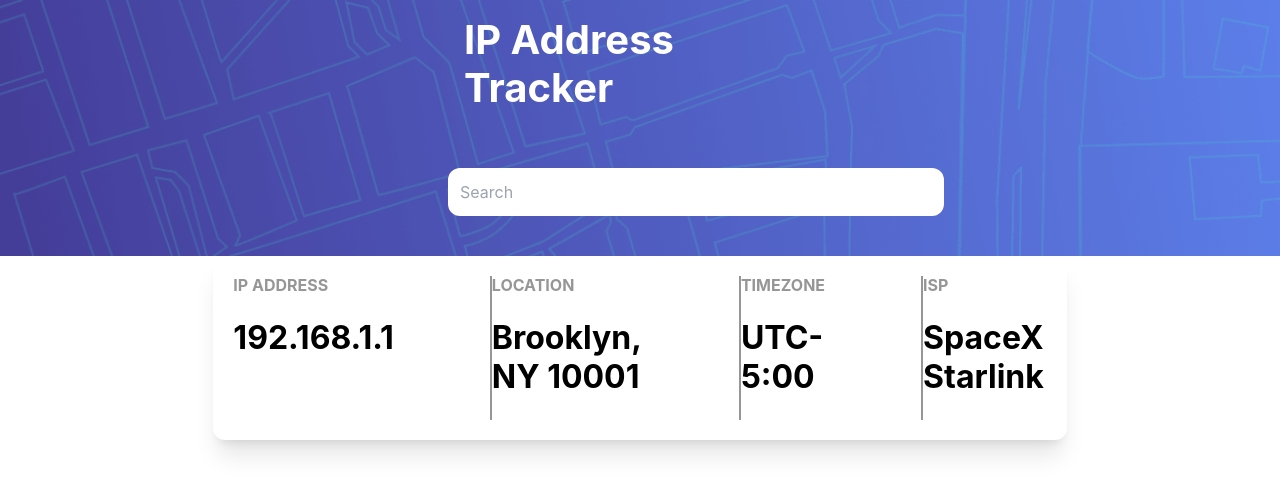
Repository: Dealsy/IP-Tracker
Page: /
An editor plug-in stored every save of this project. The page is shown before and after the next save, followed by the edit.
The browser window is 1280 px wide. The pictures show the whole page.
The project was rebuilt for these pictures with package versions that can differ from the ones it lists, and the page was loaded fresh each time. The framework's server and built-in components were replaced by stand-ins that run in the browser. Also part of the build but not shown: next.config.js.

Above is the page before, as saved 2022-04-21 22:04:22.

### pages/index.js
import Head from "next/head";

export default function Home() {
  return (
    <div>
      <Head>
        <title>Create Next App</title>
        <meta name="description" content="Generated by create next app" />
        <link rel="icon" href="/favicon.ico" />
      </Head>

      <main>
        <div className="bg-Backdrop h-64 bg-no-repeat	 bg-cover">
          <h1 className="text-white w-96 m-auto p-4">IP Address Tracker</h1>
          <div className="w-96 m-auto">
            <input
              className="p-3 w-115 mt-10 rounded-xl"
              type="search"
              placeholder="Search"
            />
          </div>
        </div>

        <div className="flex flex-row justify-evenly border-0 shadow-xl w-4/6 m-auto rounded-xl p-5">
          <div className=" border-r-2 border-Gray pr-24">
            <h3>IP ADDRESS</h3>
            <h2> 192.168.1.1 </h2>
          </div>
          <div className=" border-r-2 border-Gray pr-24">
            <h3> LOCATION </h3>
            <h2> Brooklyn, NY 10001 </h2>
          </div>
          <div className=" border-r-2 border-Gray pr-24">
            <h3>TIMEZONE</h3>
            <h2> UTC-5:00 </h2>
          </div>
          <div>
            <h3>ISP</h3>
            <h2>SpaceX Starlink</h2>
          </div>
        </div>
      </main>

      <footer></footer>
    </div>
  );
}

### styles/globals.css
@tailwind base;
@tailwind components;
@tailwind utilities;


h1 {
  font-size: 2.5rem;
  font-weight: 700;
  line-height: 1.2;
  margin-bottom: 1.5rem;
}

h2 {
  font-size: 2rem;
  font-weight: 700;
  line-height: 1.2;
  margin-bottom: 1.5rem;
}

h3 {
  font-size: 1rem;
  font-weight: 700;
  line-height: 1.2;
  margin-bottom: 1.5rem;
  color: #969696;
}


html,
body {
  padding: 0;
  margin: 0;
  font-family: -apple-system, BlinkMacSystemFont, Segoe UI, Roboto, Oxygen,
    Ubuntu, Cantarell, Fira Sans, Droid Sans, Helvetica Neue, sans-serif;
}

a {
  color: inherit;
  text-decoration: none;
}

* {
  box-sizing: border-box;
}

### tailwind.config.js
module.exports = {
  content: [
    "./pages/**/*.{js,ts,jsx,tsx}",
    "./components/**/*.{js,ts,jsx,tsx}",
  ],
  theme: {
    extend: {
      colors: {
        "Dark-Gray": "#2b2b2b",
        Gray: "#969696",
      },
      backgroundImage: {
        Backdrop: "url('../images/pattern-bg.png')",
      },
      width: {
        100: "28rem",
        105: "29rem",
        110: "30rem",
        115: "31rem",
      },
    },
  },
  plugins: [],
};

Loaded but not shown: pages/_app.js (common file)

After the next save:
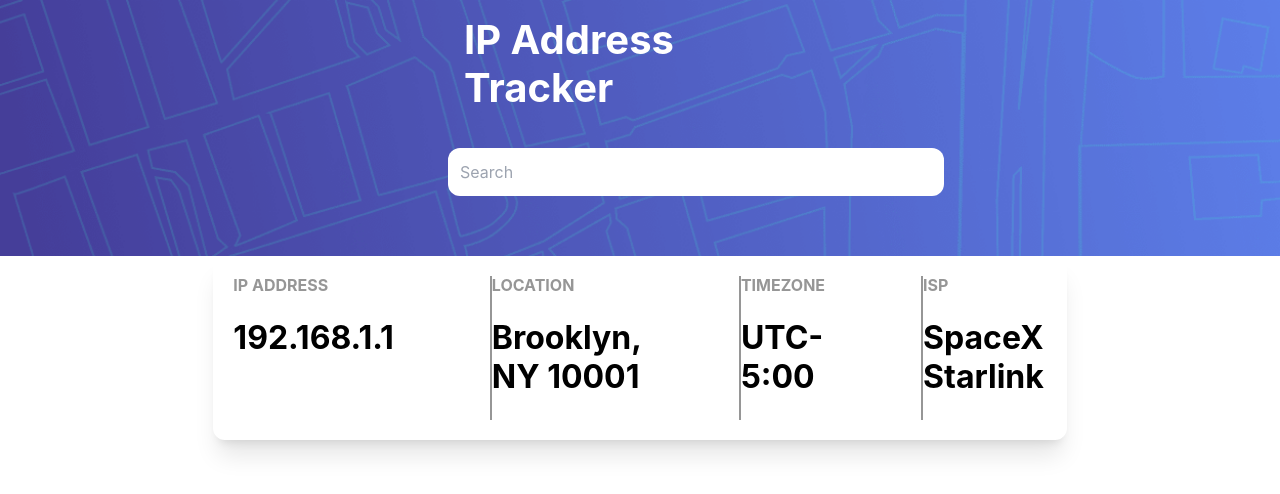
Saved 4 s later.
--- a/pages/index.js
+++ b/pages/index.js
@@ -14,7 +14,7 @@ export default function Home() {
           <h1 className="text-white w-96 m-auto p-4">IP Address Tracker</h1>
           <div className="w-96 m-auto">
             <input
-              className="p-3 w-115 mt-10 rounded-xl"
+              className="p-3 w-115 mt-5 rounded-xl"
               type="search"
               placeholder="Search"
             />
